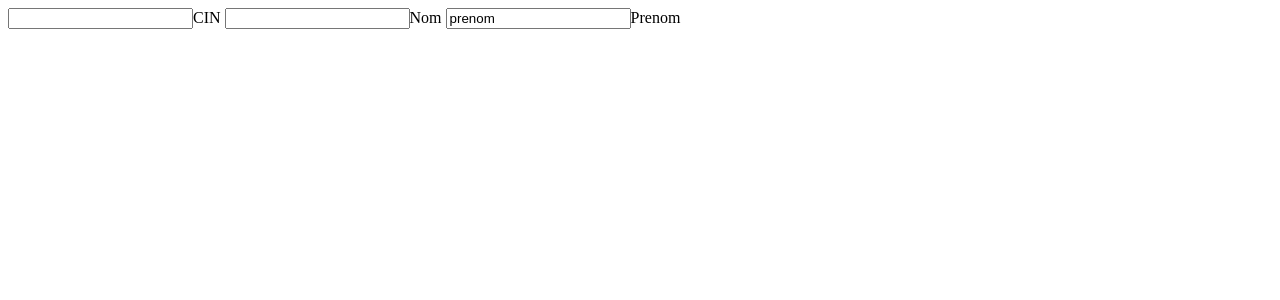
Repository: SamerBenMim/TP3_JEE
Page: GestionEtudiants/src/main/webapp/add.html
An editor plug-in stored every save of this project. The page is shown before and after the next save, followed by the edit.
The browser window is 1280 px wide. The pictures show the whole page.

Above is the page before, as saved 2021-10-11 14:50:37.

After the next save:
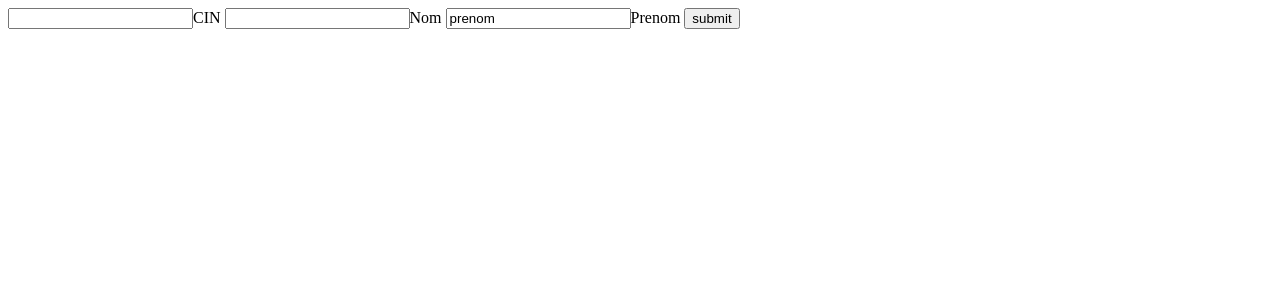
Saved 18 s later.
--- a/GestionEtudiants/src/main/webapp/add.html
+++ b/GestionEtudiants/src/main/webapp/add.html
@@ -9,6 +9,7 @@
 <input type="text" id="cin" name="cin">CIN
 <input type="text" id="nom" name="nom">Nom
 <input type="text" name="prenom" value="prenom">Prenom
+<input type="submit" name="submit" value="submit">
 </form>
 </body>
 </html>
